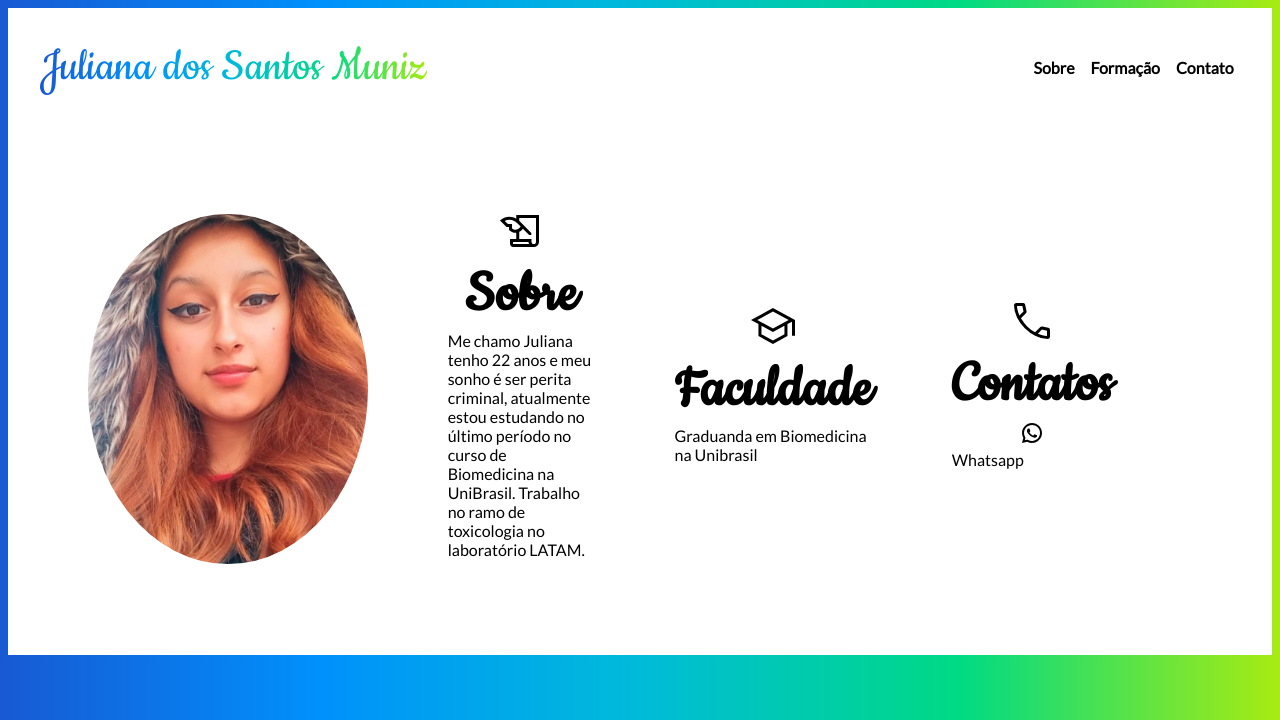
Repository: joaovnogueira/Portfolio-Juliana
Page: index.html
The author's editor kept a copy of each file at every save. The page is drawn from the files as they stood at one save, then again after the next save.
The browser window is 1280 px wide. The pictures show the whole page.

Above is the page before, as saved 2022-06-14 16:38:14.

After the next save:
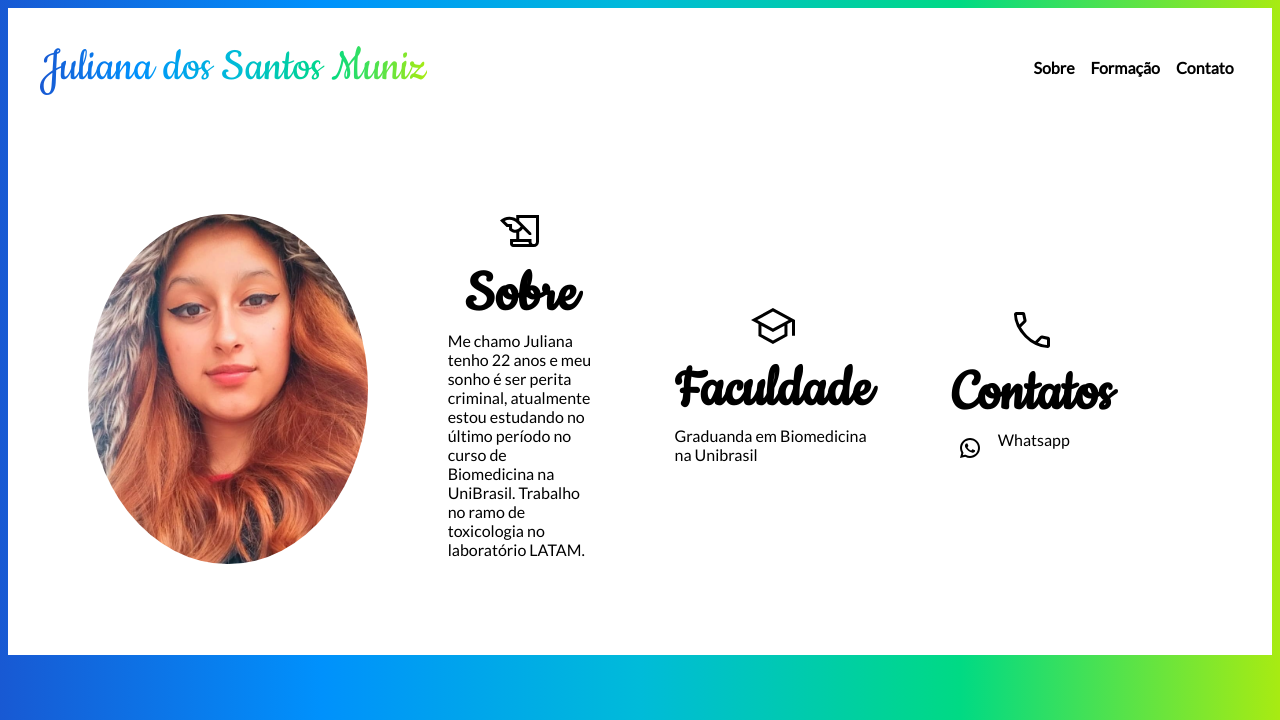
Saved 35 s later.
--- a/styles.css
+++ b/styles.css
@@ -87,5 +87,9 @@ p{
 }
 
 .whatsappimg{
-    align: left;
+    float: left;
+    border: transparent thin solid;
+    padding: 5px;
+    margin: 0px 10px 10px 0;
+    max-width: 186px
 }
